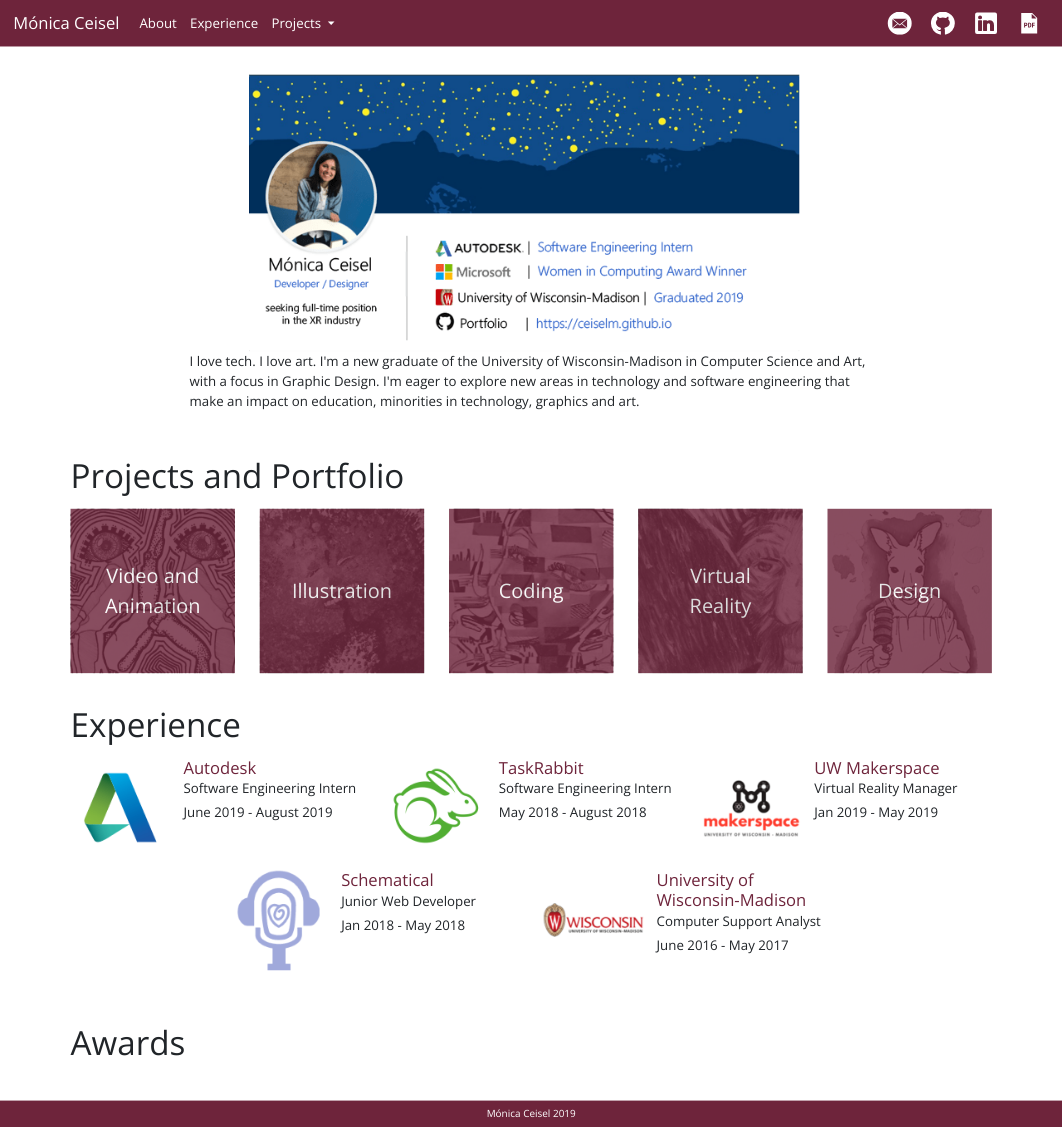
Repository: ceiselm/ceiselm.github.io
Page: index.html
These files come from the project's save history. The page is drawn as it stood at one moment and after the next save; the edit follows.
The browser window is 1280 px wide. The pictures show the whole page, at 83% of full size.

Above is the page before, as saved 2019-08-07 23:31:34.

After the next save:
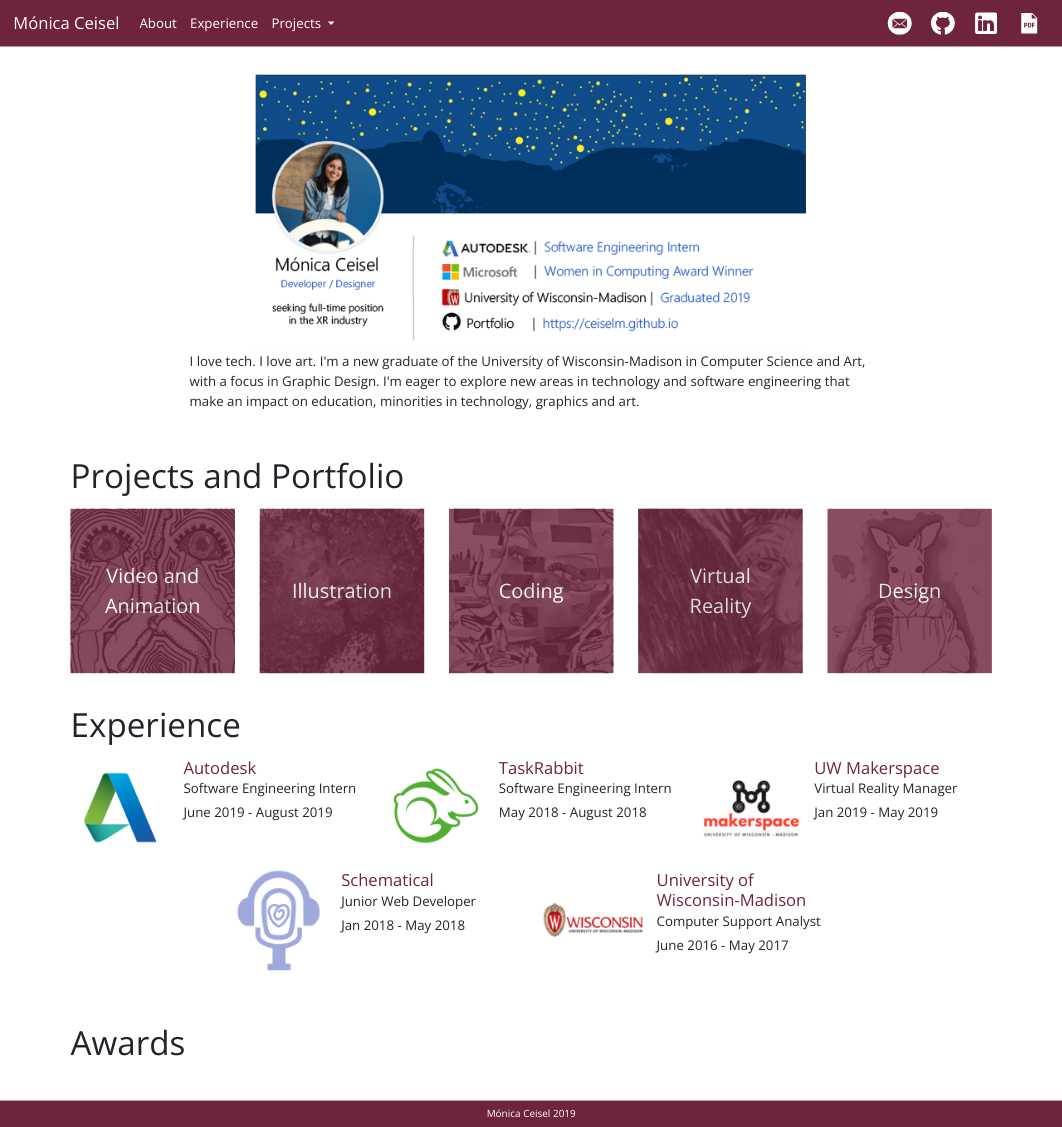
Saved 82 s later.
--- a/index.html
+++ b/index.html
@@ -85,7 +85,7 @@
                 <!-- <h1 id="startAbout">About</h1> -->
                 <div class="container">
                   <div class="row justify-content-center">
-                      <img class="mr-3" src="images/Monica_Ceisel_LinkedIn.png" alt="Autodesk">
+                      <img src="images/Monica_Ceisel_LinkedIn.png" alt="Autodesk">
                     </div>
                       <div class="row justify-content-center">
                     <!-- <div class="col col-md-8"> -->
